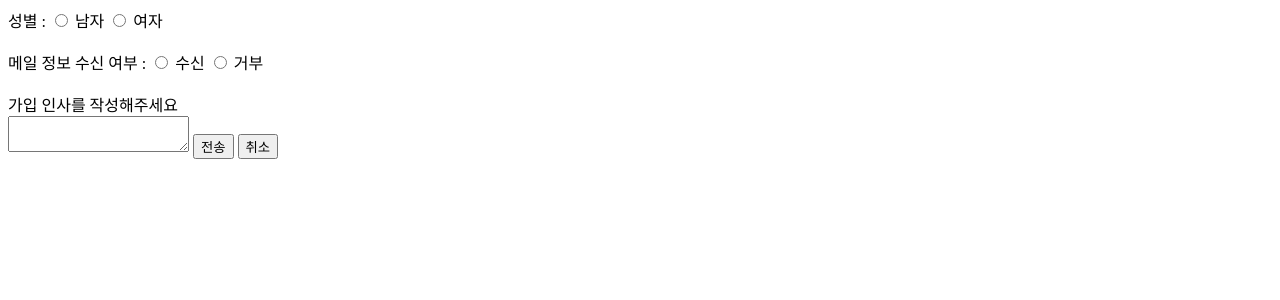
Repository: minimelody/servlet
Page: webworkspace2/web1/WebContent/views/ex1/radio.html
The author's editor kept a copy of each file at every save. The page is drawn from the files as they stood at one save, then again after the next save.
The browser window is 1280 px wide. The pictures show the whole page.

Above is the page before, as saved 2018-05-17 08:28:16.

After the next save:
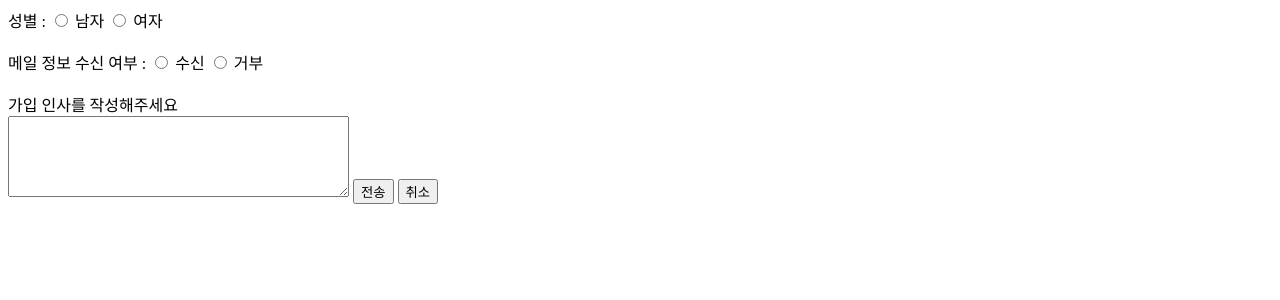
Saved 5 min 56 s later.
--- a/webworkspace2/web1/WebContent/views/ex1/radio.html
+++ b/webworkspace2/web1/WebContent/views/ex1/radio.html
@@ -15,7 +15,7 @@
 		<input type="radio" name="mail" value="no"> 거부
 		<br><br>
 		가입 인사를 작성해주세요<br>
-		<textarea></textarea>
+		<textarea cols="40" rows="5"></textarea>
 		<input type="submit" value="전송">
 		<input type="reset" value="취소">
 	</form>
